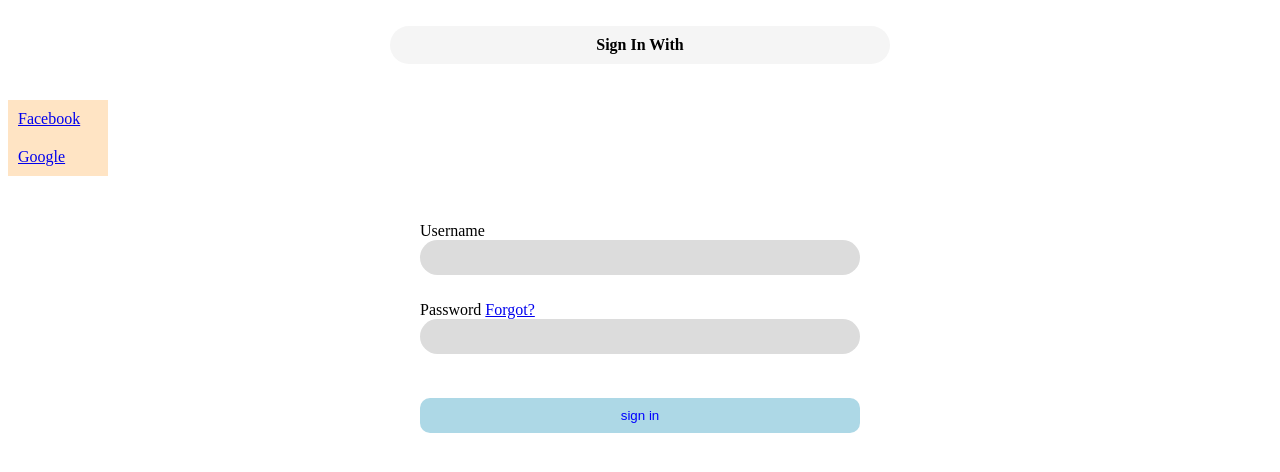
Repository: Tobby004/bdc-assignment-2
Page: index.html
The author's editor kept a copy of each file at every save. The page is drawn from the files as they stood at one save, then again after the next save.
The browser window is 1280 px wide. The pictures show the whole page.

Above is the page before, as saved 2023-02-11 07:17:58.

After the next save:
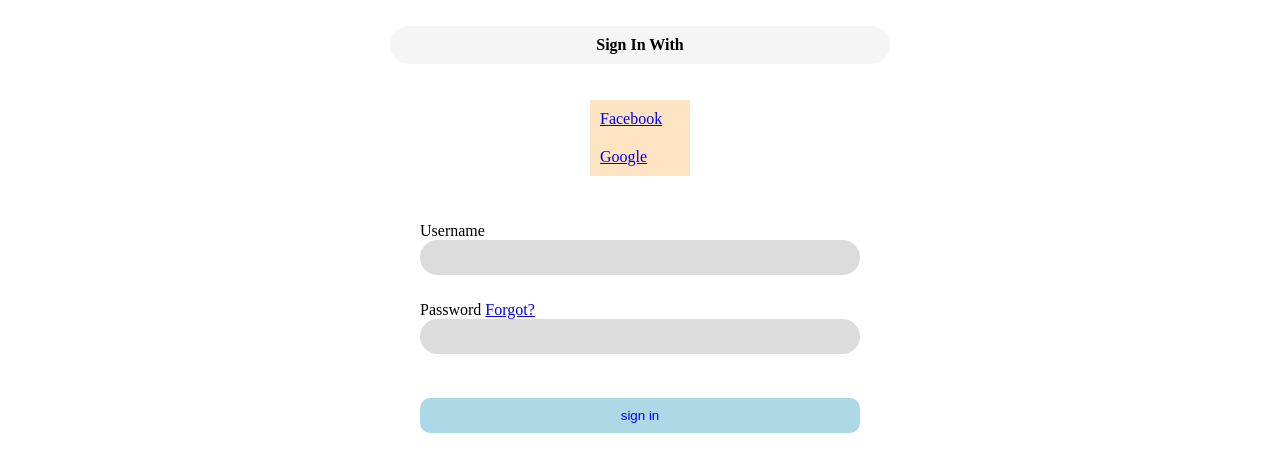
Saved 2 min 5 s later.
--- a/task.css
+++ b/task.css
@@ -16,7 +16,8 @@ header a {
     padding: 10px;
     background-color: bisque;
     width: 100%;
-
+    margin-left: auto;
+    margin-right: auto;
     max-width: 100px;
 }
 .form-input{
